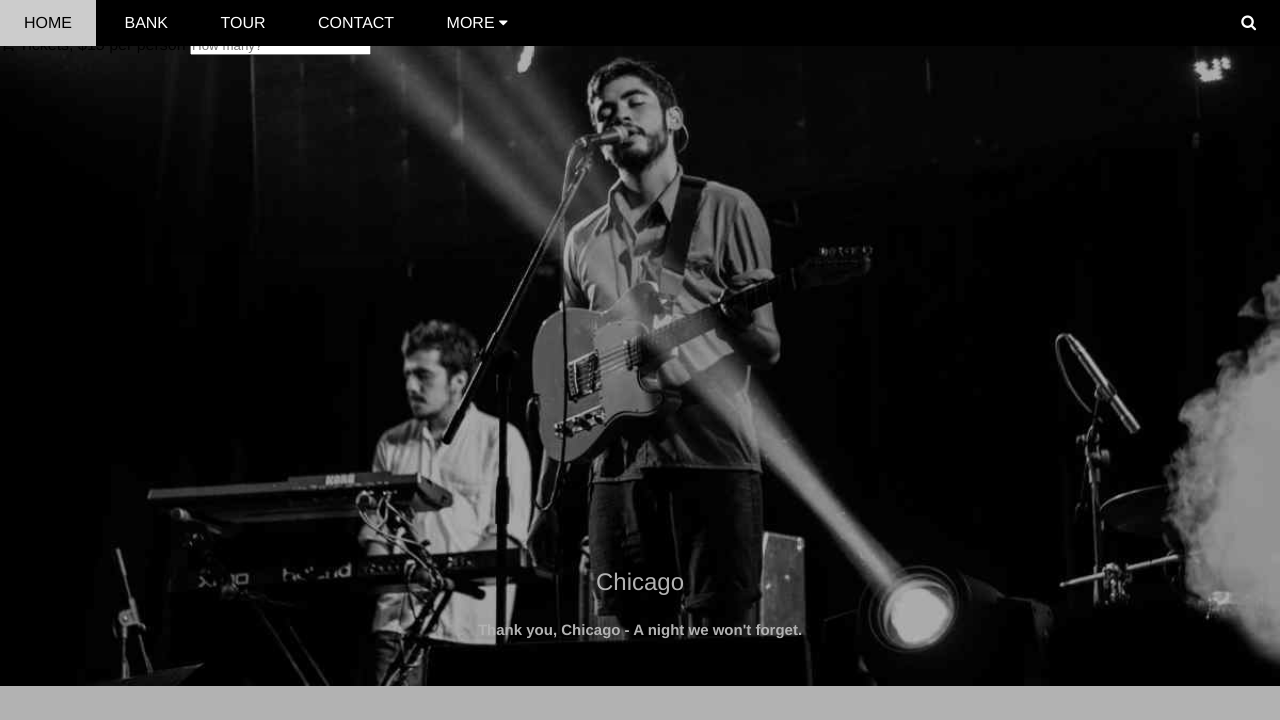
Repository: vuongtm1999/TheBand_W3School
Page: index.html
The author's editor kept a copy of each file at every save. The page is drawn from the files as they stood at one save, then again after the next save.
The browser window is 1280 px wide. The pictures show the window.
A layer covers the whole window, so only the first screen is drawn.

Above is the page before, as saved 2022-08-27 13:12:25.

### index.html
<!DOCTYPE html>
<html lang="en">
<head>
    <meta charset="UTF-8">
    <meta http-equiv="X-UA-Compatible" content="IE=edge">
    <meta name="viewport" content="width=device-width, initial-scale=1.0">
    <title>Document</title>
    <link rel="stylesheet" href="./assets/css/style.css">
    <link rel="stylesheet" href="https://cdnjs.cloudflare.com/ajax/libs/font-awesome/4.7.0/css/font-awesome.min.css">

</head>
<body>
        <div id="header">
            <!-- begin: nav -->
            <ul id="nav">
                <li><a href="#">Home</a></li>
                <li><a href="#">Bank</a></li>
                <li><a href="#">Tour</a></li>
                <li><a href="#">Contact</a></li>
                <li>
                    <a href="#">More <i style="font-size: 15px;" class="fa fa-caret-down"></i></a>
                    <ul class="subnav">
                        <li><a href="#">Merchandise</a></li>
                        <li><a href="#">Extras</a></li>
                        <li><a href="#">Media</a></li>
                    </ul>
                </li>
            </ul>
            <!-- end: nav -->

            <!-- begin: search button -->
            <div class="search-button">
                <i class="fa fa-search"></i>
            </div>
            <!-- end: search button -->
        </div>

        <div id="slider">
            <div class="text-content">
                <div class="container">
                    <h3 class=text-heading>
                        Chicago
                    </h3>
                    <div class="text-description">
                        Thank you, Chicago - A night we won't forget.
                    </div>
                </div>
            </div>
        </div>

        <div id="content">
            <!-- about section -->
            <div class="content-section">
                <h2 class="section-heading">THE BAND</h2>
                <p class="section-sub-heading">We love music</p>
                <p class="section-about-text">We have created a fictional band website. Lorem ipsum dolor sit amet, consectetur adipiscing elit, sed do eiusmod tempor incididunt ut labore et dolore magna aliqua. Ut enim ad minim veniam, quis nostrud exercitation ullamco laboris nisi ut aliquip ex ea commodo consequat. Duis aute irure dolor in reprehenderit in voluptate velit esse cillum dolore eu fugiat nulla pariatur. Excepteur sint occaecat cupidatat non proident, sunt in culpa qui officia deserunt mollit anim id est laborum consectetur adipiscing elit, sed do eiusmod tempor incididunt ut labore et dolore magna aliqua. Ut enim ad minim veniam, quis nostrud exercitation ullamco laboris nisi ut aliquip ex ea commodo consequat.</p>

                <div class="member-list">

                    <div class="member-item">
                        <p class="member-name">Name</p>
                        <img class="member-image" src="assets/img/bandmember.jpg" alt="member">
                    </div>

                    <div class="member-item">
                        <p class="member-name">Name</p>
                        <img class="member-image" src="assets/img/bandmember.jpg" alt="member">
                    </div>

                    <div class="member-item">
                        <p class="member-name">Name</p>
                        <img class="member-image" src="assets/img/bandmember.jpg" alt="member">
                    </div>

                    <div class="clearFloat"></div>
                </div>
            </div>

            <!-- TOUR DATES section -->
            <div class="tour-section">
                <div class="content-section">
                    <h2 class="section-heading">THE BAND</h2>
                    <p class="section-sub-heading">We love music</p>

                    <ul class="ticket-list">
                        <li>September <span class="soldout">Sold out</span></li>
                        <li>October <span class="soldout">Sold out</span></li>
                        <li>November <span class="quantity">3</span></li>
                    </ul>

                    <div class="place-ticket">

                        <div class="place-item">
                            <img src="assets/img/place/newyork.jpg" alt="img-ticket" class="place-img">
                            <div class="place-body">
                                <h3 class="place-city">New York</h3>
                                <p class="place-time">Fri 27 Nov 2016</p>
                                <p class="place-description">Praesent tincidunt sed tellus ut rutrum sed vitae justo.</p>
                                <a href="#" class="place-buy-tickets">Buy tickets</a>
                            </div>
                        </div>

                        <div class="place-item">
                            <img src="assets/img/place/newyork.jpg" alt="img-ticket" class="place-img">
                            <div class="place-body">
                                <h3 class="place-city">New York</h3>
                                <p class="place-time">Fri 27 Nov 2016</p>
                                <p class="place-description">Praesent tincidunt sed tellus ut rutrum sed vitae justo.</p>
                                <a href="#" class="place-buy-tickets">Buy tickets</a>
                            </div>
                        </div>

                        <div class="place-item">
                            <img src="assets/img/place/newyork.jpg" alt="img-ticket" class="place-img">
                            <div class="place-body">
                                <h3 class="place-city">New York</h3>
                                <p class="place-time">Fri 27 Nov 2016</p>
                                <p class="place-description">Praesent tincidunt sed tellus ut rutrum sed vitae justo.</p>
                                <a href="#" class="place-buy-tickets">Buy tickets</a>
                            </div>
                        </div>

                        <div class="clearFloat"></div>
                    </div>
                </div>
            </div>



            <!-- CONTACT section -->
            <div class="content-section">
                <h2 class="section-heading">THE BAND</h2>
                <p class="section-sub-heading">We love music</p>
            </div>

        </div>

        <!-- Modal dialog -->
        <div id="modal">
            <div class="modal-container">
                <i class="fa fa-times" aria-hidden="true"></i>
                <header class="modal-header">
                    <i class="fa fa-suitcase"></i>
                     Tickets
                </header>
                <div class="modal-body">
                    <label for="quantity-tick" class="modal-label">
                        <i class="fa fa-shopping-cart" aria-hidden="true"></i>
                        Tickets, $15 per person
                    </label>
                    <input type="text" class="quantity-ticket" placeholder="How many?">
                </div>
            </div>
        </div>

        <div id="footer">

        </div>
    </div>
</body>
</html>

### assets/css/style.css
/* reset CSS */
* {
    margin: 0;
    padding: 0;
    box-sizing: border-box;
}

html {
    font-family: Helvetica, Arial, sans-serif;
}

#nav, .subnav, li{
    list-style-type: none;
}

#nav{
    display: inline-block;
}

/*
Nguyen tac lam viec
1. Vi tri
2. Kich thuoc
3. Mau sac
4. Kieu dang (kieu chu, hinh tron hay hinh vuong,...)
*/

/*
Tu ngoai vao trong
Tu tren xuong duoi
TU tong quan den chi tiet
 */

#main {}

#header {
    position: fixed;
    z-index: 1;
    height: 46px;
    background-color: #000;
    color: #fff;
    top: 0;
    left: 0;
    right: 0;
}

#nav li {
    text-decoration: none;
    line-height: 46px;
}

a{
    text-decoration: none;
}

#nav > li > a {
    /* display: inline-block; */
    padding: 0px 24px;
    color: #ffffff;
    text-transform: uppercase;
}

#nav > li {
    display: inline-block;
}

#nav li:last-child {
    position: relative;
}

#nav .subnav {
    background-color: #fff;
    position: absolute;
    display: none;
    top: 100%;
    left: 0;
    box-shadow:  0px 0px 10px rgba(0, 0, 0, 0.3);
    min-width: 160px;
}

#nav .subnav a{
    color: #000;
    padding: 0px 12px;
    line-height: 30px;
    display: inline-block;
    width: 100%;
}

#nav .subnav li:hover,
#nav > li:hover > a {
    color: #000;
    background-color: #ccc;
    display: block;
}

#nav > li:last-child:hover .subnav{
    display: block;
}

/* search btn */
#header .search-button{
    float: right;
    line-height: 46px;
    padding: 0 24px;
}

#header .search-button:hover{
    background-color: #f44336;
    cursor: pointer;
}

#slider {
    /* background-color: rgb(27, 22, 22); */
    margin-top: 46px;
/* padding-top bang 50% chieu rong cua thanh phan do */
    padding-top: 50%;
    position: relative;
    background: url("/assets/img/chicago.jpg") top center / cover no-repeat;
}

#slider .text-content{
    position: absolute;
    color: white;
    bottom: 48px;

    /* cach 1 */
    /* left: 50%;
    transform: translateX(-50%); */
    /* cach 2 */
    /* left: 0;
    right: 0; */
    /* cach 3 */
    width: 100%;
    text-align: center;
}

.text-heading{
    font-size: 24px;
    font-weight: 400;
}

.text-description{
    margin-top: 25px;
    font-weight: bolder;
    font-size: 15px;
}

#content .content-section{
    width: 800px;
    padding: 64px 0;
    margin-left: auto;
    margin-right: auto;
}

.content-section .section-heading,
.content-section .section-about-text{
    margin: 15px 0px;
}

.content-section .section-heading,
.content-section .section-sub-heading{
    text-align: center;
}

.content-section .section-sub-heading{
    font-size: 15px;
    opacity: 0.7;
    font-style: italic;
}

.content-section .section-heading{
    font-size: 30px;
    font-weight: 500;
    letter-spacing: 4px;
}

.content-section .section-about-text{
    /* line-height khong co px */
    line-height: 1.5;
    font-size: 15px;
    text-align: justify;
}

.content-section .member-item{
    float: left;
    width: calc(100%/3);

    /* width: 33.333%; */
}

.content-section .member-list{
    margin: 32px 0;
    text-align: center;

    /* Khac phuc khi dung float :left */
    /* overflow: hidden; */
}

.content-section .member-name{
    /* text-align: center; */
}

.content-section .member-name{
    margin: 15px 0;
}

.content-section .member-image{
    width: 154px;
    border-radius: 4px;
}

.content-section .clearFloat{
    /* Khac phuc khi dung float :left */
    clear: both;
}

/* Tour section */
.tour-section{
    background-color: #000;
}

/*  begin: tour section */
.section-heading,
.section-sub-heading{
    color: white;
}

.ticket-list{
    background-color: white;
}

.ticket-list > li{
    font-size: 15px;
    padding: 12px;
    border-bottom: 1px solid #ddd;
    color: #757575;
}

.soldout{
    background-color: #f44336;
    padding: 6px;
    margin-left: 16px;
    color: #fff;
}

.quantity{
    float: right;
    margin-right: 16px;
    background-color: #000;
    width: 24px;
    height: 24px;
    border-radius: 50%;
    color: white;
    text-align: center;
    line-height: 24px;
    margin-top: -3px;
}

/* place-ticket */
.place-ticket{
    /* margin-top: 32px; */
    padding-top: 32px;
    margin-left: -8px;
    margin-right: -8px;
}

.place-item{
    float: left;
    width: 33.3333%;
    padding: 0 8px;
}

.place-img{
    width: 100%;
    display: block;
}

.place-img:hover{
    opacity: 0.7;
}

.place-body{
    background-color: white;
    color: rgb(1, 1, 1);
    padding: 16px;
}

.place-city{
    font-weight: 550;
}

.place-time{
    opacity: 0.8;
    margin: 15px 0;
}

.place-description{
    margin: 15px 0;
    line-height: 1.5;
}

.place-buy-tickets{
    background-color: #000;
    padding: 8px 16px;
    color: white;
    display: inline-block;
}

.place-buy-tickets:hover{
    background-color: #ccc;
    color: #000;
}

/* modal dialog */
#modal{
    position: fixed;
    background-color: rgba(0, 0, 0, 0.3);
    top: 0;
    left: 0;
    right: 0;
    bottom: 0;
}



#container {
    /* height: 500px;
    background-color: #ccc; */
}

#content {}

#footer {}

After the next save:
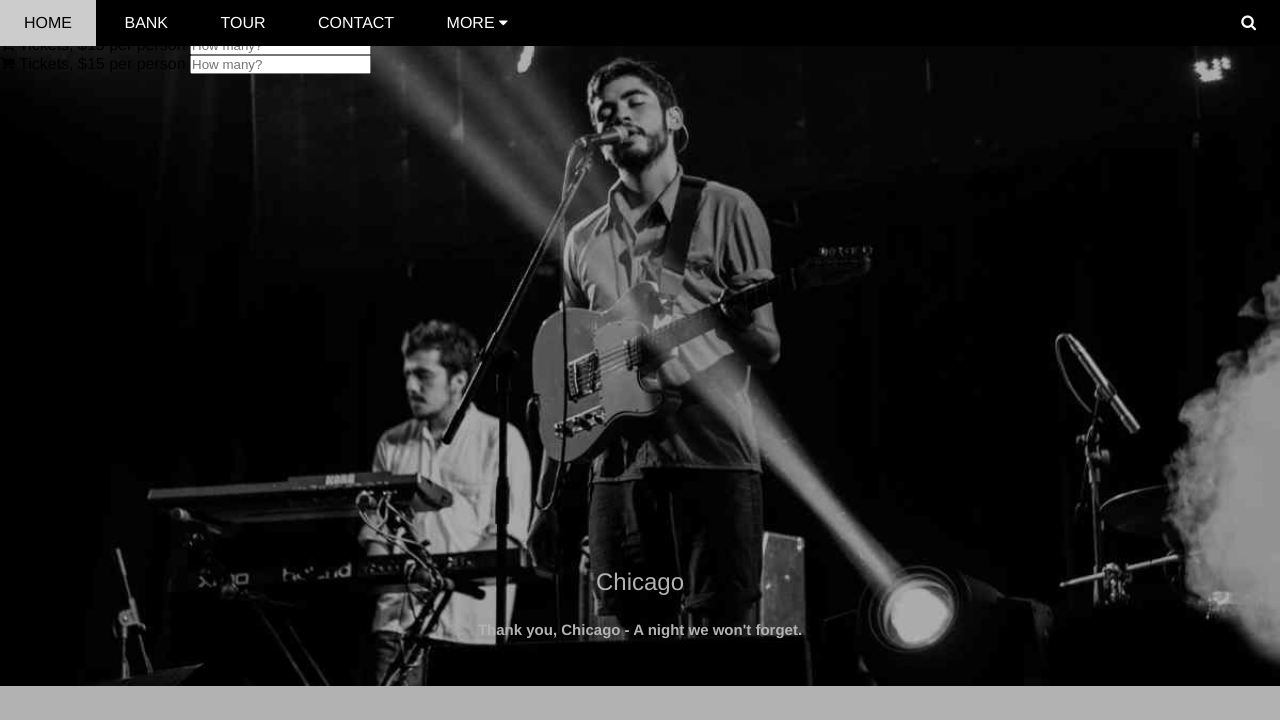
Saved 11 s later.
--- a/index.html
+++ b/index.html
@@ -150,6 +150,13 @@
                     </label>
                     <input type="text" class="quantity-ticket" placeholder="How many?">
                 </div>
+                <div class="modal-body">
+                    <label for="quantity-tick" class="modal-label">
+                        <i class="fa fa-shopping-cart" aria-hidden="true"></i>
+                        Tickets, $15 per person
+                    </label>
+                    <input type="text" class="quantity-ticket" placeholder="How many?">
+                </div>
             </div>
         </div>
 
